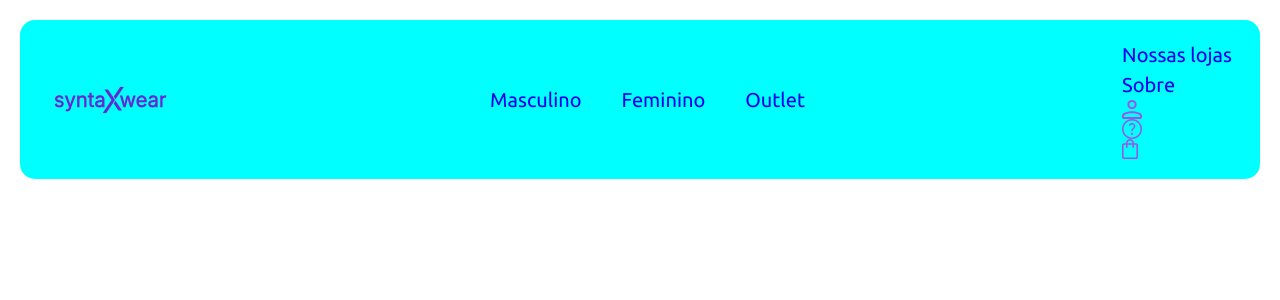
Repository: caique2512/ecommerce-syntaxwear
Page: index.html
These files come from the project's save history. The page is drawn as it stood at one moment and after a run of saves; the edit follows.
The browser window is 1280 px wide. The pictures show the whole page.
The pointer rests on the first visible `.nav-center a`.

Above is the page before, as saved 2026-02-19 23:20:51.

### index.html
<!doctype html>
<html lang="pt-BR">
  <head>
    <meta charset="UTF-8" />
    <meta name="viewport" content="width=device-width, initial-scale=1.0" />
    <meta name="description" content="SyntaxWear - Loja de tênis online" />
    <title>SyntaxWear - Tênis e Sneakers Online</title>
    <link rel="stylesheet" href="./css/base/reset.css" />
    <link rel="stylesheet" href="./css/base/style.css" />
    <link rel="stylesheet" href="./css/base/variables.css" />

    <link rel="stylesheet" href="./css/components/header.css">
  </head>
  <body>
    <!-- Header com Logo e Navegação -->
    <header class="header">
      <h1 class="logo">
        <a href="/" title="SyntaxWear - Tênis e Sneakers Online">
          <img
            src="./images/logo/logo.svg"
            alt="SyntaxWear - Tênis e Sneakers Online"
          />
        </a>
      </h1>
      <nav class="nav-center" aria-label="Categorias Principais">
        <ul>
          <li><a href="#">Masculino</a></li>
          <li><a href="#">Feminino</a></li>
          <li><a href="#">Outlet</a></li>
        </ul>
      </nav>

      <nav class="nav-right" aria-label="Menu Secundário">
        <ul>
          <li><a href="#">Nossas lojas</a></li>
          <li><a href="#">Sobre</a></li>
          <li>
            <a href="#" aria-label="Minha conta">
              <img src="./images/icons/user.svg" alt="Minha conta" />
            </a>
          </li>
          <li>
            <a href="#" aria-label="Ajuda">
              <img src="./images/icons/help.svg" alt="Ajuda" />
            </a>
          </li>
          <li>
            <a href="#" aria-label="Carrinho">
              <img src="./images/icons/bag.svg" alt="Carrinho" />
            </a>
          </li>
        </ul>
      </nav>
    </header>
    <main>
      <section class="hero"></section>
      <!-- Seção de Categorias de Tênis -->
      <section class="categories"></section>
      <!-- Seção de Produtos em Destaque -->
      <section class="featured-products"></section>
    </main>

    <!-- Footer -->
    <footer class="footer"></footer>

    <script src="js/main.js"></script>
  </body>
</html>

### css/base/reset.css
/* Reset baseado em Andy Bell - Modern CSS Reset */

/* Remove default margins e paddings */
*,
*::before,
*::after {
    margin: 0;
    padding: 0;
    box-sizing: border-box;
}

/* Remove default list styles */
ul[role="list"],
ol[role="list"] {
    list-style: none;
}

/* Body defaults */
body {
    min-height: 100vh;
    text-rendering: optimizeSpeed;
    line-height: 1.5;
}

/* Make images easier to work with */
img,
picture {
    max-width: 100%;
    display: block;
}

/* Inherit fonts for inputs and buttons */
input,
button,
textarea,
select {
    font: inherit;
}

/* Remove animations for people that prefer not to see them */
@media (prefers-reduced-motion: reduce) {
    *,
    *::before,
    *::after {
        animation-duration: 0.01ms !important;
        animation-iteration-count: 1 !important;
        transition-duration: 0.01ms !important;
        scroll-behavior: auto !important;
    }
}

/* A elements that don't have a class get default styles */
a:not([class]) {
    text-decoration-skip-ink: auto;
}

a {
    text-decoration: none;
}

ul,ol{
    list-style: none;
}
/* Remove all animations, transitions and smooth scroll for people that prefer not to see them */
@media (prefers-reduced-motion: reduce) {
    html:focus-within {
        scroll-behavior: auto;
    }

    *,
    *::before,
    *::after {
        animation-duration: 0.01ms !important;
        animation-iteration-count: 1 !important;
        transition-duration: 0.01ms !important;
    }
}

### css/base/style.css
body {
    font-family: var(--fonte-principal);
    color: #333333;

}

### css/base/variables.css
@import url('https://fonts.googleapis.com/css2?family=Ubuntu:ital,wght@0,300;0,400;0,500;0,700;1,300;1,400;1,500;1,700&display=swap');

:root {
    --fonte-principal: 'Ubuntu', sans-serif;
}

### css/components/header.css
.header {
    background-color: aqua;
    position: fixed;
    top: 20px;
    left: 50%;
    transform: translate(-50%);
    width: calc(100% - 40px);
    border-radius: 15px;
    z-index: 999;
    display: flex;
    justify-content: space-between;
    align-items: center;
    padding: 20px 28px;
}

.logo img {
    height: 40px;
}

.nav-center ul {
    display: flex;
    gap: 2.5rem;
}

.nav-center a, .nav-right {
    font-size: 1.25rem;
}

.nav-center a:hover, .nav-right:hover {
    font-size: 1.25rem;
}

### js/main.js
/* ===================================
   MAIN.JS - Inicializações globais
   =================================== */

console.log('SyntaxWear - E-commerce carregado com sucesso');

// Suas inicializações globais aqui
// Exemplo: inicializar menu, carrinho, etc.

After the next 5 saves:
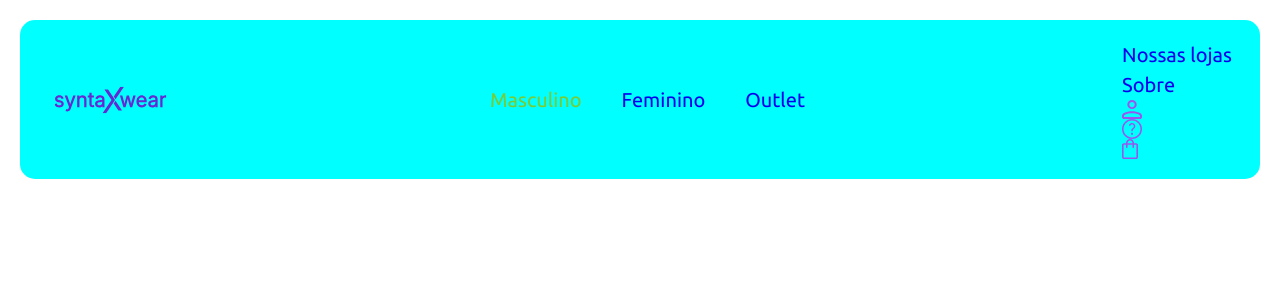
The 5 saves are shown as one change because they came seconds apart.
The last was saved 13 s later.
--- a/css/components/header.css
+++ b/css/components/header.css
@@ -27,5 +27,5 @@
 }
 
 .nav-center a:hover, .nav-right:hover {
-    font-size: 1.25rem;
+    color: #7c3;
 }
